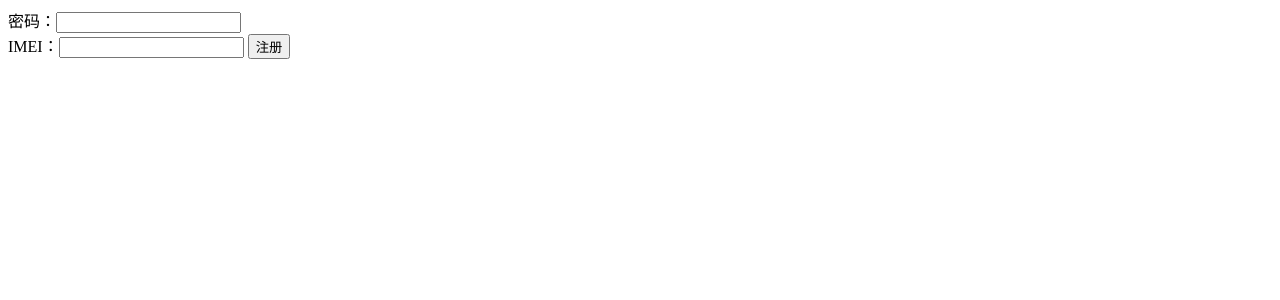
Repository: FlyToper/ActCode
Page: Application/ActivationCode/Home/View/User/show.html
The author's editor kept a copy of each file at every save. The page is drawn from the files as they stood at one save, then again after the next save.
The browser window is 1280 px wide. The pictures show the whole page.

Above is the page before, as saved 2016-07-27 01:45:16.

After the next save:
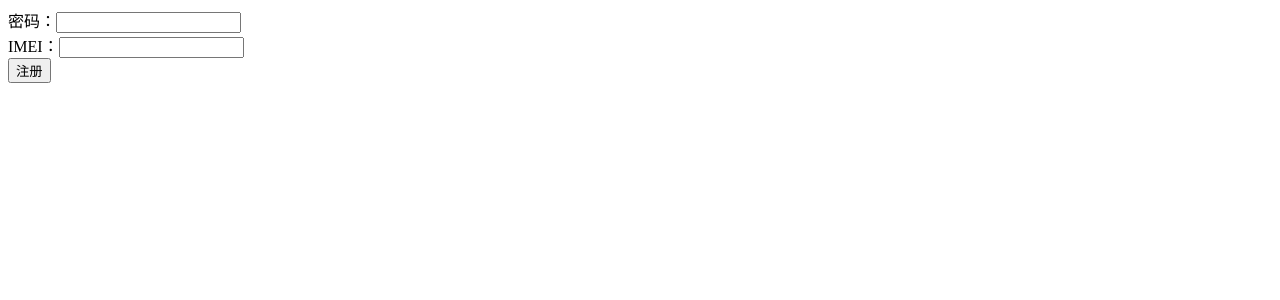
Saved 13 s later.
--- a/Application/ActivationCode/Home/View/User/show.html
+++ b/Application/ActivationCode/Home/View/User/show.html
@@ -7,7 +7,7 @@
 <body>
 	<form action="/User/register" method="post">
 	密码：<input tyepe="text" name="Password"><br>
-	IMEI：<input tyepe="text" name="Imei" >
+	IMEI：<input tyepe="text" name="Imei" ><br>
 	<input type="submit" value="注册">
 	</form>
 </body>
